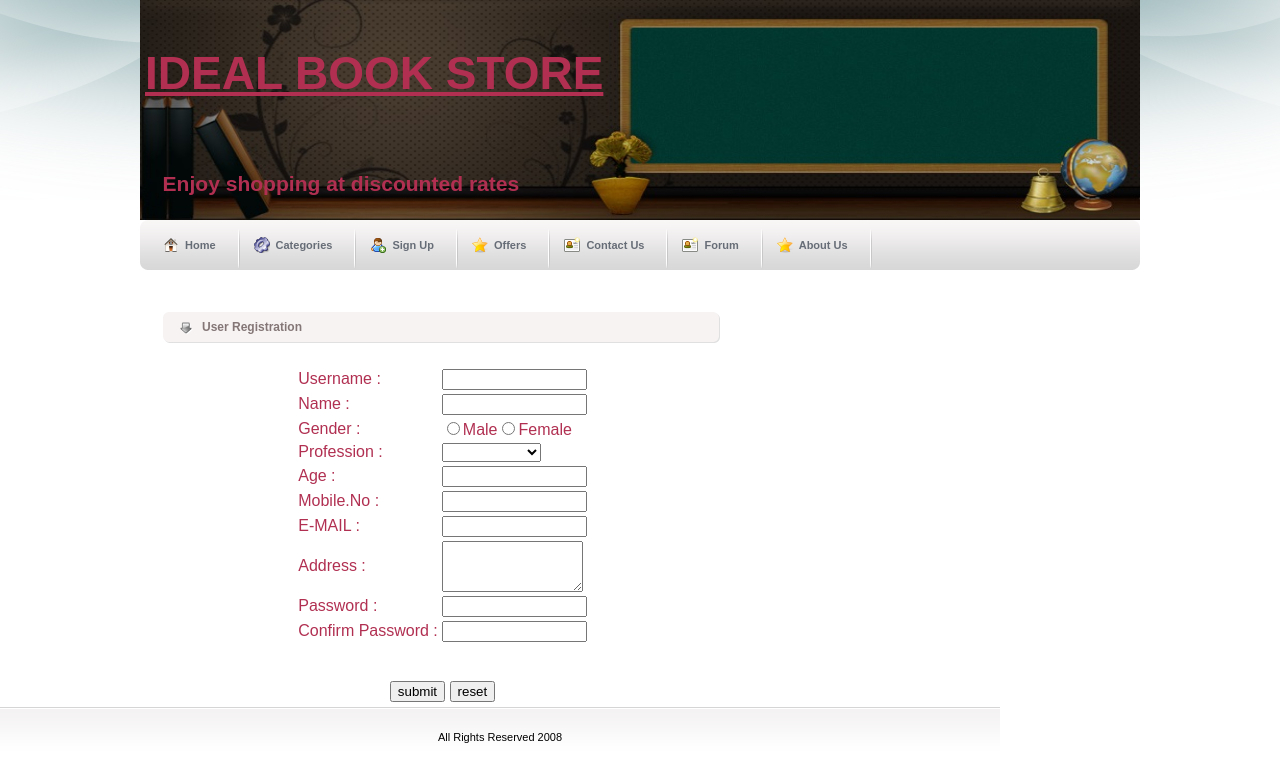
Repository: tusharjain887/Online-Book-Sales
Page: PROJECT/workspace/workspace/OnlineBook/WebContent/registration.html
An editor plug-in stored every save of this project. The page is shown before and after the next save, followed by the edit.
The browser window is 1280 px wide. The pictures show the whole page.

Above is the page before, as saved 2013-04-08 18:04:33.

### PROJECT/workspace/workspace/OnlineBook/WebContent/registration.html

<!DOCTYPE html PUBLIC "-//W3C//DTD XHTML 1.0 Transitional//EN" "http://www.w3.org/TR/xhtml1/DTD/xhtml1-transitional.dtd">
<html xmlns="http://www.w3.org/1999/xhtml">
<head>
<title>Sign Up</title>
<meta http-equiv="Content-Type" content="text/html; charset=windows-1252" />
<link rel="stylesheet" type="text/css" href="style.css" />
<!--[if IE 6]>
<link rel="stylesheet" type="text/css" href="iecss.css" />
<![endif]-->
<script type="text/javascript" src="js/boxOver.js"></script>
</head>
<body>
<div id="main_container">

  <div id="header">
	<div class="leftcontent"><h1><u>IDEAL BOOK STORE</u></h1></div>
    <div class="leftdowncontent"><h3>&nbsp&nbsp&nbspEnjoy shopping at discounted rates</h3></div>

  </div>

  <div id="main_content">
    <div id="menu_tab">
      <div class="left_menu_corner"></div>
      <ul class="menu">
        <li><a href="index.jsp" class="nav1"> Home</a></li>
        <li class="divider"></li>
        <li><a href="categories.jsp" class="nav2">Categories</a></li>
        <li class="divider"></li>
        <li><a href="registration.html" class="nav4">Sign Up</a></li>
        <li class="divider"></li>
        <li><a href="news.jsp" class="nav3">Offers</a></li>
        <li class="divider"></li>
        <li><a href="contact.jsp" class="nav6">Contact Us</a></li>
        <li class="divider"></li>
        <li><a href="forum.jsp" class="nav6">Forum</a></li>
        <li class="divider"></li>
        <li><a href="aboutus.jsp" class="nav3">About Us</a></li>
        <li class="divider"></li>

      </ul>
      <div class="right_menu_corner"></div>
    </div>
    <!-- end of menu tab -->
    <div class="left_content">
     <br><br><br>

      </div>


    <!-- end of left content -->
     <br><br><br>
    </div>
    <!-- end of left content -->
    <div class="center_content">
      <div class="center_title_bar">User Registration</div>
      <div style="font-size:16px;color:#B13052;">
      <form name="myForm" action="registration.jsp" method="post">
      <center>
<table>
<br><br>

<h3>
<tr>
<td style="margin-bottom: 5px;">Username        : </td>
<td style="margin-bottom: 5px;"><input type=text name="username" size=15></td>
</tr>
<tr>
<td style="margin-bottom: 5px;">Name         : </td>
<td style="margin-bottom: 5px;"><input type=text name="name" size=15></td>
</tr>
<tr>
<td style="margin-bottom: 5px;">Gender               :</td>
<td style="margin-bottom: 5px;"><input type="radio" name="gender" value="male" /><span>Male</span><input type="radio" name="gender" value="female" /><span>Female</span></td>
</tr>
<tr>
<td style="margin-bottom: 5px;">Profession        : </td>
<td style="margin-bottom: 5px;"><select name="pro">
<option value=None>
<option value=Student>Student
<option value=Business>Business
<option value=Govt. Employee>Govt.Employ
<option value=Pvt.Employee>Pvt.Employ</select></td>
</tr>
<tr>
<td style="margin-bottom: 5px;">Age               :</td>
<td style="margin-bottom: 5px;"><input type=text name="age"size=15></td>
</tr>
<tr>
<td style="margin-bottom: 5px;">Mobile.No         :</td>
<td style="margin-bottom: 5px;"><input type=text name="phone1" size=15></td>
</tr>
<tr>
<td style="margin-bottom: 5px;">E-MAIL            :</td>
<td style="margin-bottom: 5px;"><input type=text name="email" size=15></td>
</tr>
<tr>
<td style="margin-bottom: 5px;">Address          : </td>
<td style="margin-bottom: 5px;"><textarea rows=3 cols=15 name="address" size=15></textarea></td>
</tr>
<tr>
<td style="margin-bottom: 5px;">Password          : </td>
<td style="margin-bottom: 5px;"><input type=password name="pwd" size=15></td>
</tr>
<tr>
<td style="margin-bottom: 5px;">Confirm Password  : </td>
<td style="margin-bottom: 5px;"><input type=password name="pwd1" size=15></td>
</tr></h3>
</table>
<br><br>


<input type=submit value="submit">
<input type=reset value="reset">
</center>
</form>
</div>
    </div>
    <!-- end of center content -->
    <div class="right_content">
     <br><br><br>
    </div>
    <!-- end of right content -->
  </div>
  <!-- end of main content -->
  <div class="footer">
    <br><br>
    <center> All Rights Reserved 2008</center>
      </div>

<!-- end of main_container -->
</body>
</html>

### PROJECT/workspace/workspace/OnlineBook/WebContent/style.css
body
{
background:url(images/bg.jpg) no-repeat #fff center top;
padding:0;
font-family:Arial, Helvetica, sans-serif;
font-size:11px;
margin:0px auto auto auto;
color:#000;
}
p{
padding:2px;
margin:0px;
}
#main_container{
width:1000px;
height:auto;
margin:auto;
padding:0px;
}
.top_bar{
width:1000px;
height:38px;
background-color:#4a4a4a;
}
.top_search{
width:370px;
height:32px;
margin:0px 20px 0 0;
_margin:0px 10px 0 0;
float:right;
background:url(images/top_search_bg.gif) no-repeat center;
}
input.search_input{
width:182px;
height:18px;
float:left;
margin:5px 0 0 0 ;
border:1px solid #dbdbdb;
border-bottom-color:#ffffff;
border-right-color:#ffffff;
}
.search_text{
float:left;
width:110px;
padding:8px 0 0 15px;
color:#999999;
}
.search_text a{
text-decoration:none;
color:#999999;
}
.search_bt{
float:left;
padding:2px 0 0 15px;
}
.languages{
float:right;
width:150px;
padding:8px 0 0 0;
}
.lang_text{
float:left;
padding:0 5px 0 0;
color:#b3adad;
}
a.lang{
display:block;
float:left;
padding:0 5px 0 5px;
}
#header{
width:1000px;
height:220px;
background:url(images/header_background.jpg) no-repeat center;
background-position:0px 0px;
background-size:1000px 220px;
margin=0;
}
.leftcontent{
	padding:15px 0px 15px 5px;
	font-size:23px;
	color: #B13052;
}
.leftdowncontent{
	padding:5px 0px 15px 5px;
	font-size:18px;
	color: #B13052;
}
.logout{
	float:right;
	font-size:14px;
	color: #fff;
}
.logout a,.logout a:hover {
	color: aqua;
}

}
#logo{
padding:15px;
}
#templatemo_header {
	clear: both;
	width: 1000px;
	height: 200px;
	padding: 0;
	margin: 0;
	background: url(images/templatemo_header_bg.jpg) no-repeat;
}

#templatemo_header a,a:hover {
	color: #000;
}

#templatemo_header #templatemo_special_offers {
	float: left;
	font-size: 14px;
	margin-top: 95px;
	margin-left: 490px;
	width: 180px;
}

#templatemo_special_offers a {
	font-size: 12px;
}

#templatemo_special_offers  p {
	margin: 0 0 20px 0;
}
#templatemo_special_offers p span {
	font-size: 18px;
}

#templatemo_header #templatemo_new_books {
	float: left;
	margin-top: 90px;
	margin-left: 55px;
	width: 180px;
}

#templatemo_new_books ul {
	 margin: 0 0 10px 0;
	 padding: 0 0 0 20px;
}

#templatemo_new_books li {
	 margin: 0;
	 padding: 0;
}

/*------------------------------oferte_content-----------------------*/
.oferte_content{
width:600px;
height:264px;
float:left;
padding:0 0 0 50px;
}
.top_divider{
float:left;
width:1px;
height:164px;
}
.oferta{
width:538px;
float:left;
padding:15px 30px 0 30px;
}
.oferta_img{
float:left;
padding:0 0 10px 0;
}
.oferta_title{
font-size:15px;
color:#b72c24;
font-weight:bold;
}
.oferta_details{
width:400px;
float:left;
padding:0 0 0 30px;
}
.oferta_text{
padding:5px 0 5px 0;
font-size:12px;
color:#FFFFFF;
text-align:justify;
line-height:15px;
}
a.details{
width:83px;
height:21px;
display:block;
float:right;
margin:5px 0 0 0;
padding-left:5px;
background:url(images/details_bt_bg.gif) no-repeat center;
text-align:center;
line-height:21px;
text-decoration:none;
color:#000000;
}
/*---------------------oferta_pagination-----------------------------*/

div.oferta_pagination {
clear:both;
padding:10px 0 0 0;
_padding:0px 0 0 0;
margin:5px;
text-align:center;
float:left;
font-size:10px;
}

div.oferta_pagination a {
width:22px;
height:22px;
display:block;
float:left;
margin:0 0 0 5px;
_margin:0 0 0 3px;
line-height:23px;
text-align:center;
background:url(images/pag_bg.gif) no-repeat center;
text-decoration:none;
color:#9d8b8b;
}
div.oferta_pagination a:hover, div.pagination a:active {
width:22px;
height:22px;
display:block;
float:left;
line-height:23px;
text-align:center;
background:url(images/pag_bg_a.gif) no-repeat center;
text-decoration:none;
color:#ad1614;
}
div.oferta_pagination span.current {
width:22px;
height:22px;
display:block;
float:left;
line-height:23px;
text-align:center;
background:url(images/pag_bg_a.gif) no-repeat center;
text-decoration:none;
color:#ad1614;
}
#main_content{
clear:both;
}
/*---------------- menu tab----------------------*/
#menu_tab{
width:1000px;
height:50px;
background-color:#fff;
}
.left_menu_corner{
width:9px;
height:50px;
float:left;
background:url(images/menu_left.gif) no-repeat center;
}
.right_menu_corner{
width:9px;
height:50px;
float:left;
background:url(images/menu_right.gif) no-repeat center;
}
ul.menu {
list-style-type:none; float:left; display:block; width:982px;
margin:0px; padding:0px;background:url(images/menu_bg.gif) repeat-x;}

ul.menu li {
display:inline;
font-size:11px;
font-weight:bold;
line-height:50px;
}
ul.menu li.divider {
display:inline;
width:2px;
height:50px;
float:left;
background:url(images/menu_divider.gif) no-repeat center;
}

a.nav1:link, a.nav1:visited {
display:block; float:left; padding:0px 8px 0px 22px; margin:0 14px 0 14px;height:50px;text-decoration:none; background:url(images/home.png) no-repeat left; color:#676d77;}
a.nav2:link, a.nav2:visited {
display:block; float:left; padding:0px 8px 0px 22px; margin:0 14px 0 14px;height:50px;text-decoration:none; background:url(images/services.png) no-repeat left; color:#676d77;}
a.nav3:link, a.nav3:visited {
display:block; float:left; padding:0px 8px 0px 22px; margin:0 14px 0 14px;height:50px;text-decoration:none; background:url(images/favs.png) no-repeat left; color:#676d77;}
a.nav4:link, a.nav4:visited {
display:block; float:left; padding:0px 8px 0px 22px; margin:0 14px 0 14px;height:50px;text-decoration:none; background:url(images/user_add.png) no-repeat left; color:#676d77;}
a.nav5:link, a.nav5:visited {
display:block; float:left; padding:0px 8px 0px 22px; margin:0 14px 0 14px;height:50px;text-decoration:none; background:url(images/car.png) no-repeat left; color:#676d77;}
a.nav6:link, a.nav6:visited {
display:block; float:left; padding:0px 8px 0px 22px; margin:0 14px 0 14px;height:50px;text-decoration:none; background:url(images/contact-new.png) no-repeat left; color:#676d77;}

a.nav1:hover, a.nav2:hover, a.nav3:hover, a.nav4:hover, a.nav5:hover, a.nav6:hover {
color:#333333;}


li.currencies{
width:180px;
float:left;
padding:0 0 0 15px;
_padding:12px 0 0 15px;
color:#676d77;
font-size:11px;
font-weight:bold;
}
/*----------------crumb_navigation-------------*/
.crumb_navigation{
width:980px;
height:15px;
padding:5px 10px 0 20px;
color:#333333;
background:url(images/navbullet.png) no-repeat left;
background-position:5px 6px;
}
.crumb_navigation a{
color:#0fa0dd;
text-decoration:underline;
}
span.current{
color:#0fa0dd;
}

/*-------------left_content------------------*/
.left_content{
width:196px;
float:left;
}
.title_box{
width:196px;
height:30px;
margin:5px 0 0 0;
background:url(images/menu_title_bg.gif) no-repeat center;
text-align:center;
font-size:13px;
font-weight:bold;
color:#fff;
line-height:30px;
}
/*--------left menu---------*/
ul.left_menu{
width:196px;
padding:0px;
margin:0px;
list-style:none;
}
ul.left_menu li{
margin:0px;
list-style:none;
}
ul.left_menu li.odd a{
width:166px;height:25px;display:block;background:url(images/checked.png) no-repeat left #dad0d0; background-position:5px 5px;border-bottom:1px #FFFFFF solid;
text-decoration:none;color:#504b4b;padding:0 0 0 30px; line-height:25px;
}
ul.left_menu li.even a{
width:166px;height:25px;display:block;background:url(images/checked.png) no-repeat left #eee6e6;background-position:5px 5px;border-bottom:1px #FFFFFF solid;
text-decoration:none;color:#504b4b;padding:0 0 0 30px; line-height:25px;
}
ul.left_menu li.even a:hover, ul.left_menu li.odd a:hover{
background:url(images/checked.png) no-repeat left #7bbcc7; color:#FFFFFF;background-position:5px 5px;
}

.border_box{
width:194px;
height:auto;
text-align:center;
border:1px #6da6b1 solid;
}
.product_title{
color:#ea2222;
padding:5px 0 5px 0;
font-weight:bold;
}
.product_title a{
text-decoration:none;
color:#ea2222;
padding:5px 0 5px 0;
font-weight:bold;
}
.product_title a:hover{
color:#064E5A;
}
.product_img{
padding:5px 0 5px 0;
}
.prod_price{
padding:5px 0 5px 0;
}
span.reduce{
color:#ea2222;
text-decoration:line-through;
}
span.price{
color:#ea2222;
}
/*----------newsletter--------------*/
input.newsletter_input{
width:160px;
height:16px;
border:1px #ddd9d9 solid;
margin:10px 0 5px 0;
font-size:12px;
padding:3px;
color:#999999;
}
a.join{
width:17px;
display:block;
margin:5px 0 5px 140px;
_margin:5px 0 5px 130px;
background:url(images/blue-add.png) no-repeat left;
padding:0 0 0 20px;
text-decoration:none;
color:#1c4a52;
}
.banner_adds{
width:194px;
text-align:center;
padding:10px 0 10px 0;
}

/*center content--------------------------*/
.center_content{
width:585px;
float:left;
padding:5px 10px;
}
.center_title_bar{
width:520px;
height:33px;
float:left;
padding:0 0 0 40px;
margin:0 0 0 12px;
_margin:0 0 0 6px;
line-height:33px;
font-size:12px;
color:#847676;
font-weight:bold;
background:url(images/bar_bg.gif) no-repeat center;
}

/*----------------------right content--------------*/
.right_content{
width:196px;
float:left;
padding:5px 0 0 0;
}
.shopping_cart{
width:195px;
height:84px;
text-align:center;
background:url(images/cart_bg.gif) no-repeat center;
}
.cart_title{
font-size:12px;
font-size:12px;
color:#847676;
font-weight:bold;
padding:8px 0 0 0;
}
.cart_details{
width:115px;
float:left;
padding:5px 0 0 15px;
text-align:left;
}
.cart_icon{
float:left;
padding:5px 0 0 5px;
}
span.border_cart{
width:100px;
height:1px;
margin:3px 0 3px 0;
display:block;
border-top:1px #999999 dashed;
}
/*---------prod_box----------*/
.prod_box{
width:173px;
height:auto;
float:left;
padding:10px 10px 10px 11px;
}
.top_prod_box{
width:173px;height:12px;background:url(images/product_box_top.gif) no-repeat center bottom;float:left; padding:0px; margin:0px;
}
.bottom_prod_box{
width:173px;height:10px;background:url(images/product_box_bottom.gif) no-repeat center top;float:left;padding:0px; margin:0px;
}
.center_prod_box{
width:173px;height: auto;background:url(images/product_box_center.gif) repeat-y;float:left; text-align:center;padding:0px; margin:0px;
}
.prod_details_tab{
width:173px;
height:31px;
float:left;
background:url(images/products_details_bg.gif) no-repeat center;
margin:3px 0 0 0;
}
img.left_bt{
float:left;
padding:6px 0 0 6px;
}
a.prod_details{
width:25px;
display:block;
float:left;
background:url(images/square-blue-add.gif) no-repeat left;
padding:0 0 0 20px;
margin:7px 0 0 38px;
_margin:6px 0 0 35px;
text-decoration:none;
color:#0fa0dd;
}
/*---------prod_box_big----------*/
.prod_box_big{
width:554px;
height:auto;
float:left;
padding:10px 10px 10px 15px;
}
.top_prod_box_big{
width:554px;height:12px;background:url(images/details_box_top.gif) no-repeat center bottom;float:left; padding:0px; margin:0px;
}
.bottom_prod_box_big{
width:554px;height:12px;background:url(images/details_box_bottom.gif) no-repeat center top;float:left;padding:0px; margin:0px;
}
.center_prod_box_big{
width:554px;height: auto;background:url(images/details_box_center.gif) repeat-y;float:left; text-align:center;padding:0px; margin:0px;
}
.product_img_big{
width:170px;
padding:5px 0 5px 10px;
float:left;
}
.details_big_box{
width:345px;
float:left;
padding:0 0 0 15px;
text-align:left;
}
.product_title_big{
color:#ea2222;
padding:5px 0 5px 0;
font-weight:bold;
font-size:14px;
}
.specifications{
font-size:12px;
font-weight:bold;
line-height:18px;
}
.thumbs{
padding:8px 5px 8px 5px;
border:1px #DFD1D1 solid;
margin:3px 0 0 0;
}
.thumbs a{
padding:3px;
}
.prod_price_big{
padding:5px 0 5px 0;
font-size:16px;
}
span.reduce{
color:#ea2222;

}
span.price{
color:#ea2222;
}
a.addtocart{
width:76px;
height:27px;
display:block;
float:left;
background:url(images/addtocart.gif) no-repeat left;
padding:0 0 0 33px;
text-decoration:none;
line-height:27px;
color:#1c4a52;
}
a.compare{
width:76px;
height:27px;
display:block;
float:left;
margin:0 0 0 10px;
background:url(images/compare.gif) no-repeat left;
padding:0 0 0 33px;
text-decoration:none;
line-height:27px;
color:#1c4a52;
}
span.blue{
color:#5F9FAB;
}
/*---------------contact_form------------------*/
.contact_form{
width:355px;
float:left;
padding:0px 0 0 75px;
}
.form_row{
width:335px;
clear:both;
padding:10px 0 10px 0;
_padding:5px 0 5px 0;
color:#a53d17;
}
label.contact{
width:75px;
float:left;
font-size:12px;
text-align:right;
padding:4px 5px 0 0;
color: #333333;
}
input.contact_input{
width:253px;
height:18px;
background-color:#fff;
color:#999999;
border:1px #DFDFDF solid;
float:left;
}
textarea.contact_textarea{
width:253px;
height:50px;
font-family:Arial, Helvetica, sans-serif;
font-size:12px;
color: #999999;
background-color:#fff;
border:1px #DFDFDF solid;
float:left;
}
a.contact{
width:99px;
height:27px;
display:block;
float:right;
margin:0 0 0 10px;
background:url(images/contact_bt.gif) no-repeat left;
padding:0 0 0 10px;
text-decoration:none;
line-height:27px;
color:#1c4a52;
}
/*--------------footer----------------*/
.footer{
width:1000px;
clear:both;
height:65px;
background:url(images/footer_bg.gif) repeat-x top;
}
.left_footer{
float:left;
width:300px;
padding:5px 0 0 10px;
}
.right_footer{
float:right;
padding:15px 30px 0 0;
}
.right_footer a{
padding:0 0 0 7px;
text-decoration:none;
color: #666666;
}
.right_footer a:hover{
text-decoration:underline;
}

.center_footer{
float:left;
width:200px;
text-align:center;
color:#666666;
padding:10px 0 0 60px;
}

Loaded but not shown: PROJECT/workspace/workspace/OnlineBook/WebContent/js/boxOver.js (369 lines, source omitted)

After the next save:
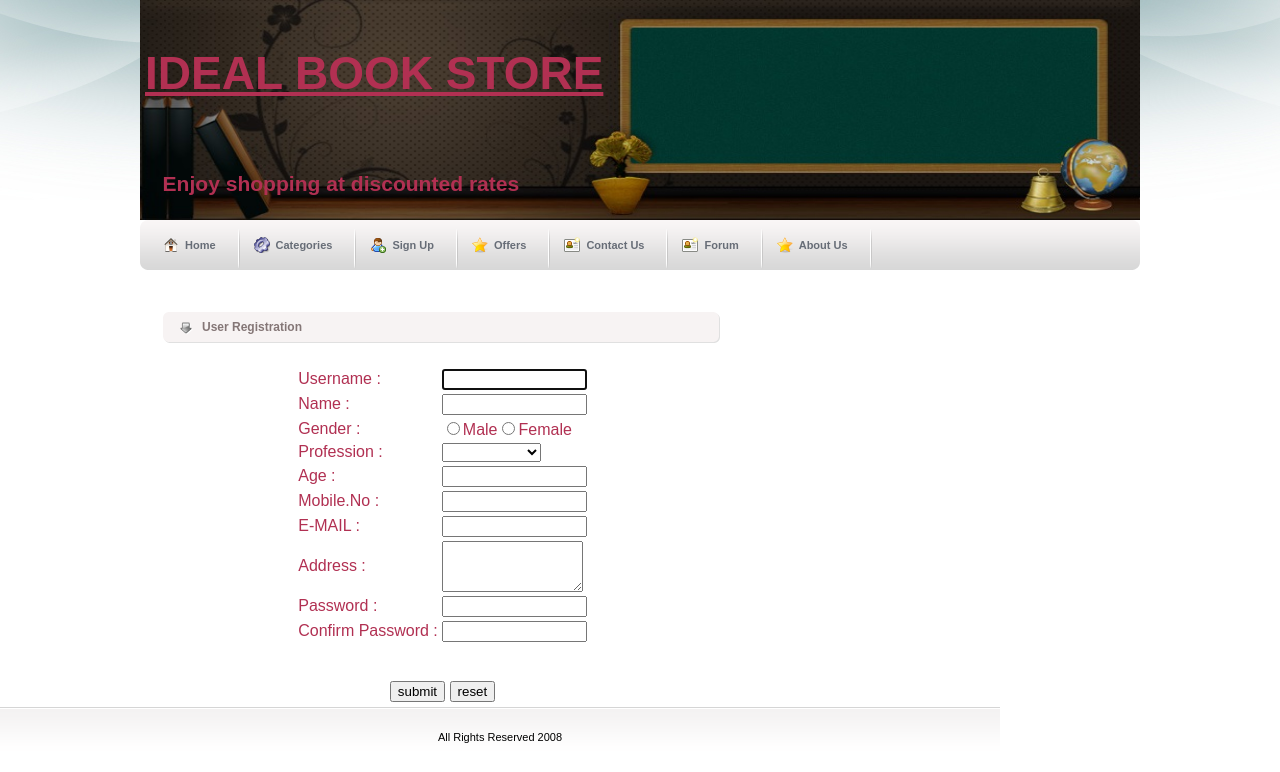
Saved 3 min 22 s later.
--- a/PROJECT/workspace/workspace/OnlineBook/WebContent/registration.html
+++ b/PROJECT/workspace/workspace/OnlineBook/WebContent/registration.html
@@ -10,7 +10,7 @@
 <![endif]-->
 <script type="text/javascript" src="js/boxOver.js"></script>
 </head>
-<body>
+<body onLoad="document.myForm.username.focus();">
 <div id="main_container">
 
   <div id="header">
